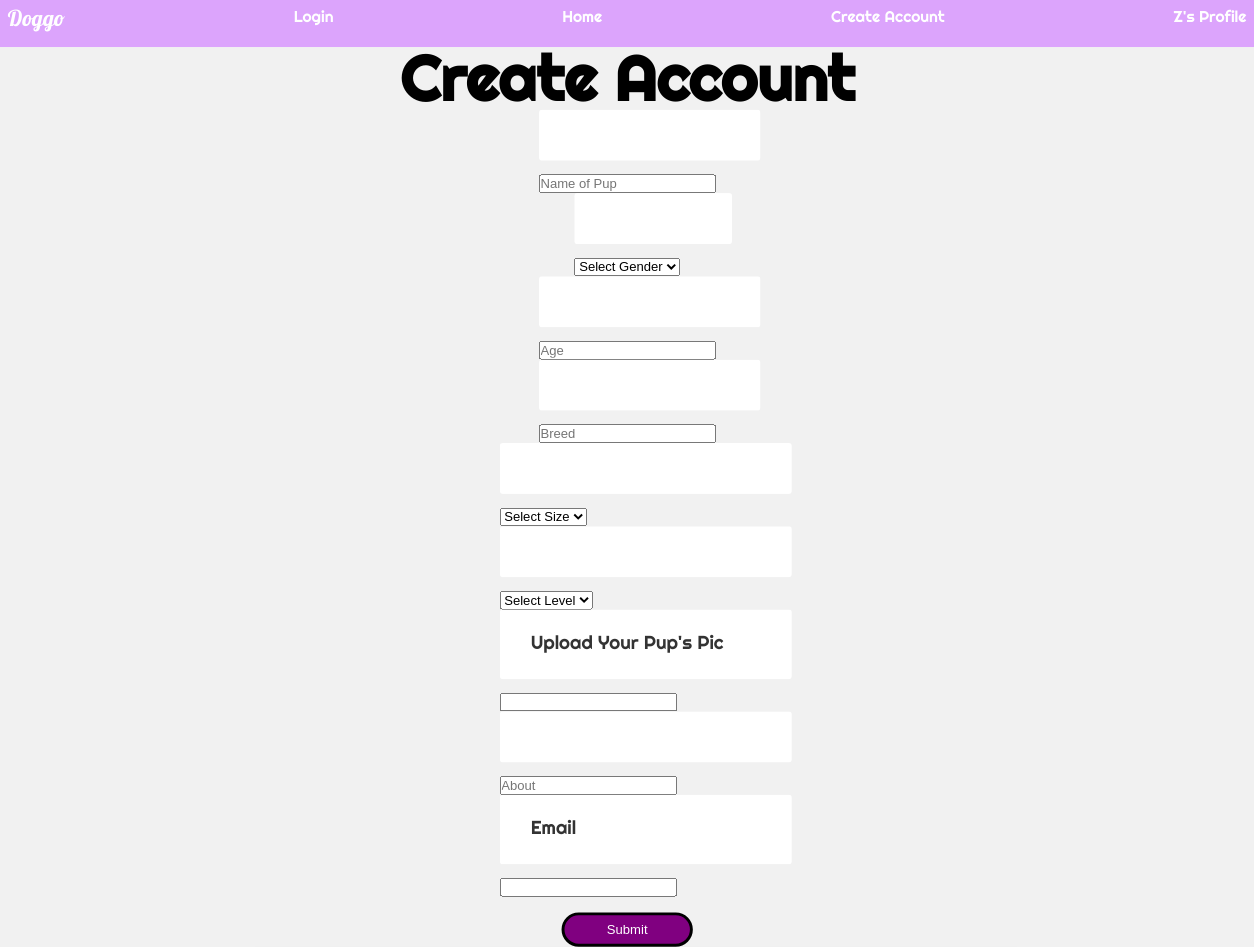
Repository: rh1456/capstone
Page: /2
The author's editor kept a copy of each file at every save. The page is drawn from the files as they stood at one save, then again after the next save.
The browser window is 1280 px wide. The pictures show the whole page, at 98% of full size.
Some web libraries are served in a nearby version. The project was rebuilt for these pictures with package versions that can differ from the ones it lists, and the page was loaded fresh each time. Also part of the build but not shown: src/pages/MainPage.jsx, src/pages/DoggoLandingPage.jsx, src/pages/DogProfile.jsx, src/pages/PlayDateForm.jsx, src/pages/ProfileSettings.jsx.

Above is the page before, as saved 2020-01-11 19:37:08.

### public/index.html
<!DOCTYPE html>
<html lang="en">
  <head>
    <meta charset="utf-8" />
    <link rel="shortcut icon" href="%PUBLIC_URL%/favicon.ico" />
    <meta
      name="viewport"
      content="width=device-width, initial-scale=1, shrink-to-fit=no"
    />
    <meta name="theme-color" content="#000000" />
    <!--
      manifest.json provides metadata used when your web app is added to the
      homescreen on Android. See https://developers.google.com/web/fundamentals/web-app-manifest/
    -->
    <link rel="manifest" href="%PUBLIC_URL%/manifest.json" />
    <!--
      Notice the use of %PUBLIC_URL% in the tags above.
      It will be replaced with the URL of the `public` folder during the build.
      Only files inside the `public` folder can be referenced from the HTML.

      Unlike "/favicon.ico" or "favicon.ico", "%PUBLIC_URL%/favicon.ico" will
      work correctly both with client-side routing and a non-root public URL.
      Learn how to configure a non-root public URL by running `npm run build`.
    -->
    <link
      href="https://fonts.googleapis.com/css?family=Pacifico|Permanent+Marker|Righteous|Roboto&display=swap"
      rel="stylesheet"
    />
    <link
      href="https://fonts.googleapis.com/css?family=Lobster&display=swap"
      rel="stylesheet"
    />
    <script
      src="https://kit.fontawesome.com/d7373701d1.js"
      crossorigin="anonymous"
    ></script>
    <title>Capstone</title>
  </head>
  <body>
    <noscript>
      You need to enable JavaScript to run this app.
    </noscript>
    <div id="root"></div>
    <!--
      This HTML file is a template.
      If you open it directly in the browser, you will see an empty page.

      You can add webfonts, meta tags, or analytics to this file.
      The build step will place the bundled scripts into the <body> tag.

      To begin the development, run `npm start` or `yarn start`.
      To create a production bundle, use `npm run build` or `yarn build`.
    -->
  </body>
</html>

### src/index.js
import React from 'react'
import ReactDOM from 'react-dom'
import './index.css'
// import './styles.scss'
import App from './App'

ReactDOM.render(<App />, document.getElementById('root'))

### src/index.css
@media (min-width: 320px) and (max-width: 480px) {
  :root {
    font: 16px / 1 sans-serif;
  }

  html {
    height: 100%;
  }
  body {
    margin: 0;
    min-height: 100%;
    background-color: #f1f1f1;
    font-family: 'Righteous', cursive;
  }
  .nav-bar-ul {
    display: flex;
    flex-direction: row;
    justify-content: space-between;
    margin: 0;
    height: 3rem;
    background-color: #dca4fc;
    padding: 0;
  }
  .main-nav-li {
    list-style: none;
    padding: 0.5rem;
    color: white;
  }
  .nav-logo {
    font-size: 1.4rem;
    font-family: 'Lobster', cursive;
  }
  .Nav-link {
    color: white;
    text-decoration: none;
  }
  /* Dog profile Stylings */
  .dog-profile-image {
    display: flex;
    justify-content: center;
    /* border-bottom: solid lightgrey; */
  }
  .before-div {
    border: solid black;
    display: block;
    height: 18px;
    border-radius: 50% 50% 0 0;

    bottom: calc(100% - 10px);
    right: -5px;
    left: -5px;
    background-color: blue;
  }
  .profile-image {
    height: 12rem;
    width: 8rem;
    margin: 0;
    border-radius: 8px;
    margin: 0.7rem;
  }
  .profile-about {
    display: flex;
    flex-direction: column;
    height: 5rem;
    font-size: 0.7rem;
  }
  .profile-about h1 {
    align-self: center;
  }
  .profile-about span {
    align-self: center;
    padding: 0.1rem;
  }
  .in-between {
    border-top: solid lightgrey;
    border-bottom: solid lightgrey;
    height: 3rem;
    display: flex;
    justify-content: center;
  }
  .main-about {
    border-bottom: solid lightgrey;
  }
  .profile-logo {
    margin: 0.5rem;
    height: 2rem;
    width: auto;
  }
  .meet {
    display: flex;
    flex-direction: column;
  }
  .meet h1 {
    align-self: center;
  }
  .meet p {
    padding: 1rem;
    font-size: 0.9rem;
    align-self: center;
  }
  .small-pro-pic {
    align-self: center;
    height: 4rem;
    width: auto;
    border: 2px solid black;
    border-radius: 50%;
    margin-top: 0.8rem;
  }
  .match-button {
    align-self: center;
    background-color: purple;
    height: 1.8rem;
    width: 8rem;
    border-radius: 25px;
    border: 3px solid black;
    color: white;
  }
  .playdate-link {
    color: white;
    text-decoration: none;
  }

  /* Dog Landing Stylings */
  .doggo-landing-body {
    margin: 0;
    min-height: 100%;
    background-color: #f1f1f1;
    font-family: 'Righteous', cursive;
  }
  .landing-page-logo {
    display: flex;
    justify-content: center;
    align-content: center;
    flex-direction: column;
  }
  .doggo-logo {
    height: 180px;
    width: 238px;
    align-self: center;
  }
  .doggo-text-section {
    padding-top: 2rem;
    padding-bottom: 2rem;
  }
  .doggo-text {
    display: flex;
    justify-content: center;
    align-content: center;
    font-size: 2rem;
    font-family: 'Lobster', cursive;
  }

  .landing-button {
    display: flex;
    justify-content: center;
    align-content: center;
  }
  .create-account {
    background-color: purple;
    height: 3rem;
    width: 15rem;
    border-radius: 25px;
    border: 3px solid black;
    color: white;
    font-family: 'Roboto', sans-serif;
  }
  .create-account-link {
    color: white;
    text-decoration: none;
    font-style: bold;
  }
  .existing-users {
    display: flex;
    padding-top: 3rem;
    justify-content: center;
    align-content: center;
  }
  /* Create Account Stylings */

  /* Newsfeed Stylings */
  .h1-container {
    display: flex;
    justify-content: center;
    font-size: 0.8rem;
    color: purple;
    height: 1rem;
    font-family: 'Lobster', cursive;
  }
  .newsfeed-header {
    display: flex;
    flex-direction: row;
    flex-wrap: nowrap;
    align-items: stretch;
    overflow-x: auto;
    overflow-y: hidden;
    border-bottom: solid lightgrey;
    height: 8rem;
  }
  .friend-card {
    border: solid black;
    align-self: center;
    margin: 1rem 3rem;
    padding-left: 0.8rem;
    padding-right: 0.8rem;
    border-radius: 0.5rem;
    flex-basis: 33.33%;
    flex-grow: 0;
    flex-shrink: 0;
    height: 4.7rem;
    /* width: 1rem; */
  }

  .welcome-user-message {
    display: flex;
    justify-content: center;
    font-size: 0.7rem;
    border-bottom: solid lightgrey;
  }
  .newsfeed-parent {
    display: flex;
    /* align-items: center; */
    flex-direction: column;
    margin: 1rem;
  }
  .newsfeed {
    /* align-items: stretch; */
    /* display: flex;
    flex-direction: column;
    flex-wrap: nowrap; */
    /* display: flex;
    justify-content: center; */
    width: 300px;
    height: 500px;
    overflow-y: scroll;
    overflow-x: hidden;
  }
  .card {
    max-width: 33.33%;
    padding: 0.75rem;
    margin-bottom: 2rem;
    border: 0;
    /* flex-basis: 33.33%;
    flex-grow: 0;
    flex-shrink: 0; */
  }
  .newsfeed-nav-ul {
    display: flex;
    flex-direction: row;
    font-size: smaller;
    font-style: italic;
    margin: 0rem;
    height: 2rem;
  }
  .newsfeed-nav-li {
    list-style: none;
    margin: 0;
    padding: 1rem;
  }
  .settings-link {
    text-decoration: none;
    color: black;
  }
  .mapbox {
    align-self: center;
    border: solid black;
    height: 6rem;
    width: 6rem;
  }
  /* Playdate form stylings  */

  .playdate-header {
    display: flex;
    justify-content: center;
    margin: 1.5rem;
  }
  .playdate-main {
    display: flex;
    flex-direction: column;
  }
  .playdate-input {
    align-self: center;
    margin: 0.5rem;
  }
  .form-date-submit-button {
    margin-top: 1rem;
    align-self: center;
    background-color: purple;
    height: 1.8rem;
    width: 8rem;
    border-radius: 25px;
    border: 3px solid black;
    color: white;
  }
  /* //Profile setting styling// */
}

/* End of mobile query  */

:root {
  font: 16px / 1 sans-serif;
}

html {
  height: 100%;
}
body {
  margin: 0;
  min-height: 100%;
  background-color: #f1f1f1;
  font-family: 'Righteous', cursive;
}
.nav-bar-ul {
  display: flex;
  flex-direction: row;
  justify-content: space-between;
  margin: 0;
  height: 3rem;
  background-color: #dca4fc;
  padding: 0;
}
.main-nav-li {
  list-style: none;
  padding: 0.5rem;
  color: white;
}
.nav-logo {
  padding: 0.5rem;
  color: white;
  font-size: 1.4rem;
  font-family: 'Lobster', cursive;
}
.Nav-link {
  color: white;
  text-decoration: none;
}
/* Dog profile Stylings */
.dog-profile-image {
  display: flex;
  justify-content: center;
  /* border-bottom: solid lightgrey; */
}
.before-div {
  border: solid black;
  display: block;
  height: 18px;
  border-radius: 50% 50% 0 0;

  bottom: calc(100% - 10px);
  right: -5px;
  left: -5px;
  background-color: blue;
}
.profile-image {
  height: 12rem;
  width: 8rem;
  margin: 0;
  border-radius: 8px;
  margin: 0.7rem;
}
.profile-about {
  display: flex;
  flex-direction: column;
  height: 5rem;
  font-size: 0.7rem;
}
.profile-about h1 {
  align-self: center;
}
.profile-about span {
  align-self: center;
  padding: 0.1rem;
}
.in-between {
  border-top: solid lightgrey;
  border-bottom: solid lightgrey;
  height: 3rem;
  display: flex;
  justify-content: center;
}
.main-about {
  border-bottom: solid lightgrey;
}
.profile-logo {
  margin: 0.5rem;
  height: 2rem;
  width: auto;
}
.meet {
  display: flex;
  flex-direction: column;
}
.meet h1 {
  align-self: center;
}
.meet p {
  padding: 1rem;
  font-size: 0.9rem;
  align-self: center;
}
.small-pro-pic {
  align-self: center;
  height: 4rem;
  width: auto;
  border: 2px solid black;
  border-radius: 50%;
  margin-top: 0.8rem;
}
.match-button {
  align-self: center;
  background-color: purple;
  height: 1.8rem;
  width: 8rem;
  border-radius: 25px;
  border: 3px solid black;
  color: white;
}

/* Dog Landing Stylings */
.doggo-landing-body {
  margin: 0;
  min-height: 100%;
  background-color: #f1f1f1;
  font-family: 'Righteous', cursive;
}
.landing-page-logo {
  display: flex;
  justify-content: center;
  align-content: center;
  flex-direction: column;
}
.doggo-logo {
  height: 180px;
  width: 238px;
  align-self: center;
}
.doggo-text-section {
  padding-top: 2rem;
  padding-bottom: 2rem;
}
.doggo-text {
  display: flex;
  justify-content: center;
  align-content: center;
  font-size: 2rem;
}

.landing-button {
  display: flex;
  justify-content: center;
  align-content: center;
}
.create-account {
  background-color: purple;
  height: 3rem;
  width: 15rem;
  border-radius: 25px;
  border: 3px solid black;
  color: white;
  font-family: 'Roboto', sans-serif;
}
.existing-users {
  display: flex;
  padding-top: 3rem;
  justify-content: center;
  align-content: center;
}
/* Create Account Stylings */
.create-account-div {
  display: flex;
  flex-direction: column;
  font-size: 2rem;
}
.submit-account {
  margin-top: 1rem;
  align-self: center;
  background-color: purple;
  height: 1.8rem;
  width: 8rem;
  border-radius: 25px;
  border: 3px solid black;
  color: white;
}

/* Newsfeed Stylings */
.h1-container {
  display: flex;
  justify-content: center;
  font-size: 0.8rem;
  color: purple;
  height: 1rem;
  font-family: 'Lobster', cursive;
}
.newsfeed-header {
  display: flex;
  flex-direction: row;
  flex-wrap: nowrap;
  align-items: stretch;
  overflow-x: auto;
  overflow-y: hidden;
  border-bottom: solid lightgrey;
  height: 8rem;
}
.friend-card {
  border: solid black;
  align-self: center;
  margin: 1rem 3rem;
  padding-left: 0.8rem;
  padding-right: 0.8rem;
  border-radius: 0.5rem;
  flex-basis: 33.33%;
  flex-grow: 0;
  flex-shrink: 0;
  height: 4.7rem;
  width: 1rem;
}
/* .feed-head-left-button,
  .feed-head-right-button {
    display: flex;
    justify-content: center;
    align-content: center;
    color: white;
    font-size: 2rem;
    width: 2.5rem;
    margin: 4rem 0rem;
    background-color: purple;
    border: none;
  }
  .feed-head-left-button {
    border-radius: 0rem 1rem 1rem 0rem;
  }
  .feed-head-right-button {
    border-radius: 1rem 0rem 0rem 1rem;
  }  */
.welcome-user-message {
  display: flex;
  justify-content: center;
  font-size: 0.7rem;
  border-bottom: solid lightgrey;
}
.newsfeed-parent {
  display: flex;
  justify-content: center;
  align-content: center;
}
.newsfeed {
  align-items: stretch;
  display: flex;
  flex-direction: column;
  flex-wrap: nowrap;
  display: flex;
  justify-content: center;
  width: 120px;
  height: 400px;
  overflow-y: scroll;
  overflow-x: hidden;
}
.card {
  max-width: 33.33%;
  padding: 0.75rem;
  margin-bottom: 2rem;
  border: 0;
  /* flex-basis: 33.33%;
    flex-grow: 0;
    flex-shrink: 0; */
}

### src/App.jsx
import React from 'react'
import { BrowserRouter as Router, Link, Route, Switch } from 'react-router-dom'
import MainPage from './pages/MainPage'
import DoggoLandingPage from './pages/DoggoLandingPage'
import CreateAccount from './pages/CreateAccount'
import DogProfile from './pages/DogProfile'
import PlayDateForm from './pages/PlayDateForm'
import ProfileSettings from './pages/ProfileSettings'
const App = () => {
  return (
    <Router>
      <header>
        <nav>
          <ul className="nav-bar-ul">
            <li className="nav-logo">Doggo</li>
            <li className="main-nav-li">
              <Link className="Nav-link" to="/">
                Login
              </Link>
            </li>
            <li className="main-nav-li">
              <Link className="Nav-link" to="/1">
                Home
              </Link>
            </li>
            <li className="main-nav-li">
              <Link className="Nav-link" to="/2">
                Create Account
              </Link>
            </li>
            <li className="main-nav-li">
              <Link className="Nav-link" to="/3">
                Z's Profile
              </Link>
            </li>
          </ul>
        </nav>
      </header>
      <Switch>
        <Route exact path="/" component={DoggoLandingPage}></Route>
        <Route exact path="/1" component={MainPage}></Route>
        <Route exact path="/2" component={CreateAccount}></Route>
        <Route path="/3" component={DogProfile}></Route>
        <Route path="/4" component={PlayDateForm}></Route>
        <Route path="/5" component={ProfileSettings}></Route>
      </Switch>
    </Router>
  )
}

export default App

### src/pages/CreateAccount.jsx
import React, { useEffect, useState } from 'react'
import './createAccount.css'

const CreateAccount = () => {
  const [name, setName] = useState('')
  const [gender, setGender] = useState('')
  const [age, setAge] = useState('')
  const [breed, setBreed] = useState('')
  const [size, setSize] = useState('')
  const [about, setAbout] = useState('')
  const [email, setEmail] = useState('')
  return (
    <div className="create-account-div">
      <h1>Create Account</h1>
      <section className="create-account-details">
        <label className="create-label" htmlFor="dogs-name"></label>
        <input type="text" placeholder="Name of Pup"></input>
      </section>
      <section className="create-account-details">
        <label className="create-label" htmlFor="gender"></label>
        <select className="create-input" type="text" placeholder="Gender">
          <option value="">Select Gender</option>
          <option value="male">Male</option>
          <option value="female">Female</option>
        </select>
      </section>
      <section className="create-account-details">
        <label className="create-label" htmlFor="Age"></label>
        <input className="create-input" placeholder="Age" input="text"></input>
      </section>
      <section className="create-account-details">
        <label className="create-label" htmlFor="Breed"></label>
        <input
          className="create-input"
          placeholder="Breed"
          input="text"
        ></input>
      </section>
      <section className="create-account-details">
        <label className="create-label" htmlFor="size"></label>
        <select className="create-input" type="text">
          <option value="">Select Size</option>
          <option value="small">Small</option>
          <option value="medium">Medium</option>
          <option value="large">Large</option>
        </select>
        <section className="create-account-details">
          <label className="create-label" htmlFor="energy"></label>
          <select className="create-input" type="text">
            <option value="">Select Level</option>
            <option value="hyper">Hyper</option>
            <option value="tame">Tame</option>
          </select>
          <section className="create-account-details">
            <label className="create-label" htmlFor="img">
              Upload Your Pup's Pic
            </label>
            <input className="create-input" type="url"></input>
          </section>
          <section className="create-account-details">
            <label className="create-label" htmlFor="About"></label>
            <input
              className="create-input"
              placeholder="About"
              type="text"
            ></input>
          </section>
          <section className="create-account-details"></section>
          <label className="create-label" htmlFor="username">
            Email
          </label>
          <input className="create-input" type="text"></input>
        </section>
      </section>
      <button className="submit-account">Submit</button>
    </div>
  )
}

export default CreateAccount

### src/pages/createAccount.css
*,
*::after,
*::before {
  margin: 0;
  padding: 0;
  box-sizing: inherit;
  font-size: 62, 5%;
}

.create-account-div {
  /* height: 100vh;
  width: 100%; */
  /* background: #0f2027; /* fallback for old browsers */
  /* background: linear-gradient(to right, #2c5364, #203a43, #0f2027); */
  display: flex;
  justify-content: center;
  align-items: center;
  /* height: 100vh; */
  color: black;
}
.create-label {
  font-size: 1.2rem;
  margin-left: 2rem;
  margin-top: 0.7rem;
  display: block;
  transition: all 0.3s;
  transform: translateY(0rem);
}
.create-label {
  color: #333;
  font-size: 1.2rem;
  margin: 0 auto;
  padding: 1.5rem 2rem;
  border-radius: 0.2rem;
  background-color: rgb(255, 255, 255);
  border: none;
  width: 90%;
  display: block;
  border-bottom: 0.3rem solid transparent;
  transition: all 0.3s;
}

.submit-account {
  margin-top: 1rem;
  align-self: center;
  background-color: purple;
  height: 1.8rem;
  width: 8rem;
  border-radius: 25px;
  border: 3px solid black;
  color: white;
}
.existing-users-link {
  font-style: italic;
  text-decoration: none;
}

### src/pages/profileSettings.css
*,
*::after,
*::before {
  margin: 0;
  padding: 0;
  box-sizing: inherit;
  font-size: 62, 5%;
}
.update-account-details {
  display: flex;
  margin: 1rem;
  justify-content: center;
  align-items: center;
  /* height: 100vh; */
  color: black;
}

.update-label {
  font-size: 1.2rem;
  margin-left: 2rem;
  margin-top: 0.7rem;

  display: block;
  transition: all 0.3s;
  transform: translateY(0rem);
}
.basic-slide {
  color: #333;
  font-size: 1.2rem;
  margin: 0 auto;
  padding: 1rem;
  border-radius: 0.2rem;
  background-color: rgb(255, 255, 255);
  border: none;
  width: 90%;
  display: block;
  border-bottom: 0.3rem solid transparent;
  transition: all 0.3s;
}
.basic-slide:placeholder-shown + .update-label {
  opacity: 3;
  visibility: hidden;
  -webkit-transform: translateY(-4rem);
  transform: translateY(-4rem);
}
.setting-header {
  display: flex;
  justify-content: center;
  align-items: center;
  flex-direction: column;
}
.settings-p {
  font-size: 2rem;
  margin: 2rem;
}
span {
  margin: 1rem;
}

After the next save:
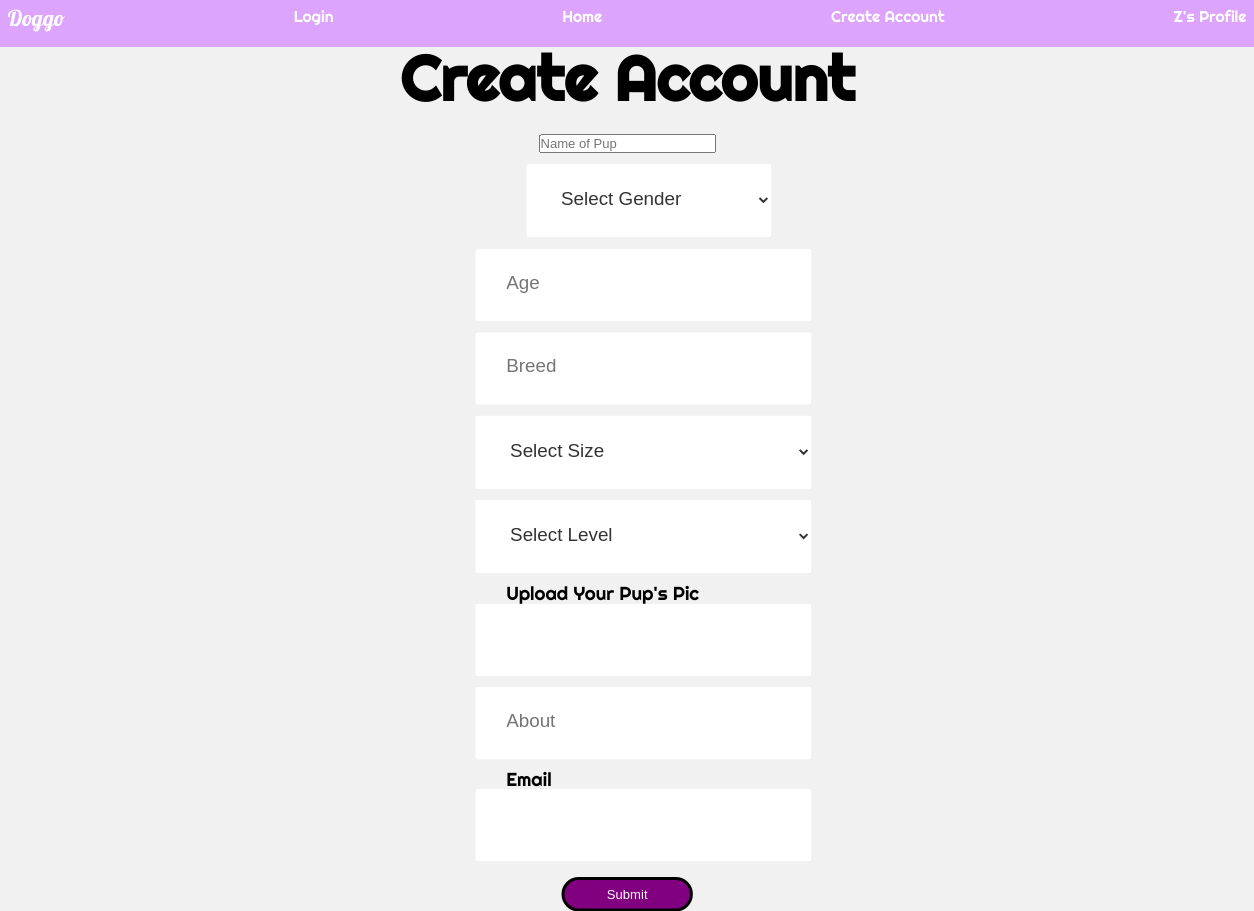
Saved 16 s later.
--- a/src/pages/createAccount.css
+++ b/src/pages/createAccount.css
@@ -26,7 +26,7 @@
   transition: all 0.3s;
   transform: translateY(0rem);
 }
-.create-label {
+.create-input {
   color: #333;
   font-size: 1.2rem;
   margin: 0 auto;
@@ -38,6 +38,13 @@
   display: block;
   border-bottom: 0.3rem solid transparent;
   transition: all 0.3s;
+}
+
+.form__input:placeholder-shown + .form__label {
+  opacity: 0;
+  visibility: hidden;
+  -webkit-transform: translateY(-4rem);
+  transform: translateY(-4rem);
 }
 
 .submit-account {
